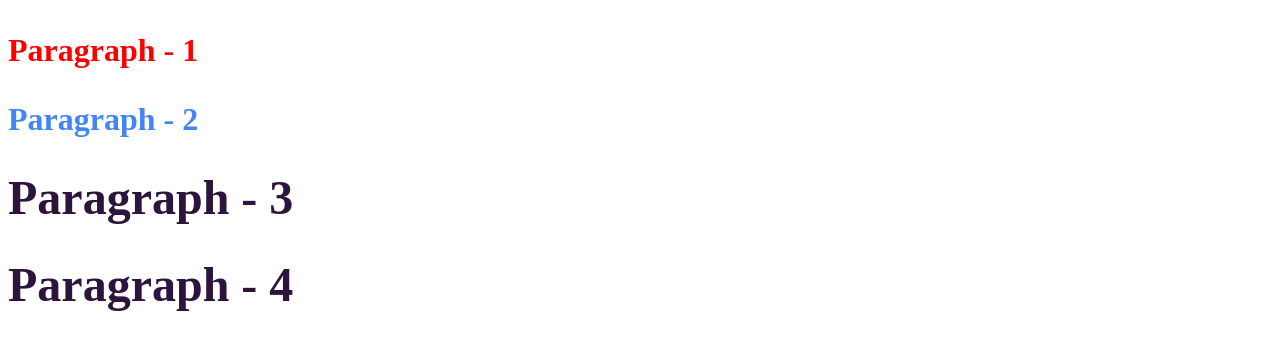
Repository: linas-dev/HTML-CSS-Projects
Page: Basic_HTML_and_JavaScript_1/Basic_HTML_1.html
These files come from the project's save history. The page is drawn as it stood at one moment and after a run of saves; the edit follows.
The browser window is 1280 px wide. The pictures show the whole page.

Above is the page before, as saved 2021-05-26 22:23:23.

### Basic_HTML_and_JavaScript_1/Basic_HTML_1.html
<!DOCTYPE html>
<html lang="en">
<head>
    <meta charset="UTF-8">
    <meta http-equiv="X-UA-Compatible" content="IE=edge">
    <meta name="viewport" content="width=device-width, initial-scale=1.0">
    <title>Document</title>
</head>
<body>
    <h1><p><font color="red">Paragraph - 1</font></p></h1>
    <h1><p><font color="#4285F4">Paragraph - 2</font></p></h1>
    <h1><p><font color="#2C143D" face="Pattaya" size="8">Paragraph - 3</font></p></h1>
    <h1><p><font color="#2C143D" face="Pattaya" size="8">Paragraph - 4</font></p></h1>
    <script src="Basic_JavaScript_1.js"></script>
</body>
</html>

### Basic_HTML_and_JavaScript_1/Basic_JavaScript_1.js
function My_First_Function(){
    var String = "Kiss me, I'm Irish!";
    var result = String.fontcolor("blue");
    document.getElementById("Irish").innerHTML = result;
}

After the next 2 saves:
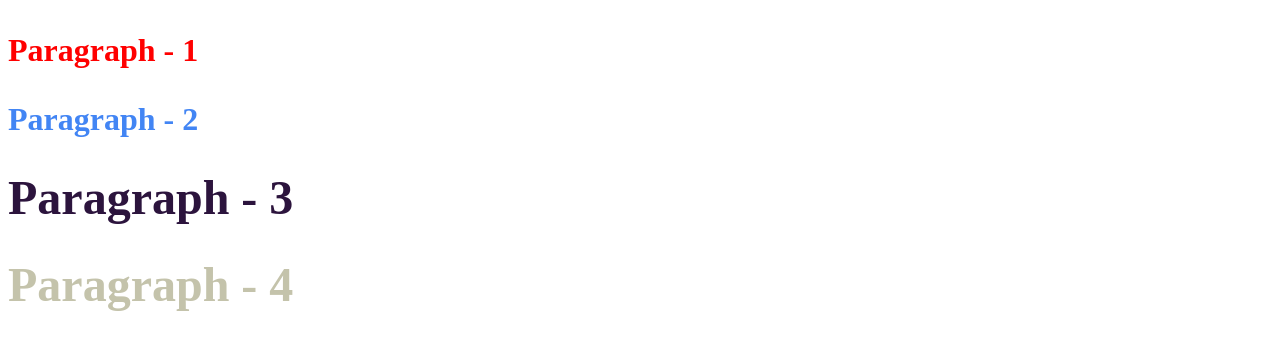
The 2 saves are shown as one change because they came seconds apart.
The last was saved 24 s later.
--- a/Basic_HTML_and_JavaScript_1/Basic_HTML_1.html
+++ b/Basic_HTML_and_JavaScript_1/Basic_HTML_1.html
@@ -10,7 +10,7 @@
     <h1><p><font color="red">Paragraph - 1</font></p></h1>
     <h1><p><font color="#4285F4">Paragraph - 2</font></p></h1>
     <h1><p><font color="#2C143D" face="Pattaya" size="8">Paragraph - 3</font></p></h1>
-    <h1><p><font color="#2C143D" face="Pattaya" size="8">Paragraph - 4</font></p></h1>
+    <h1><p><font color="#C4C3AB" face="Pattaya" size="8">Paragraph - 4</font></p></h1>
     <script src="Basic_JavaScript_1.js"></script>
 </body>
 </html>
